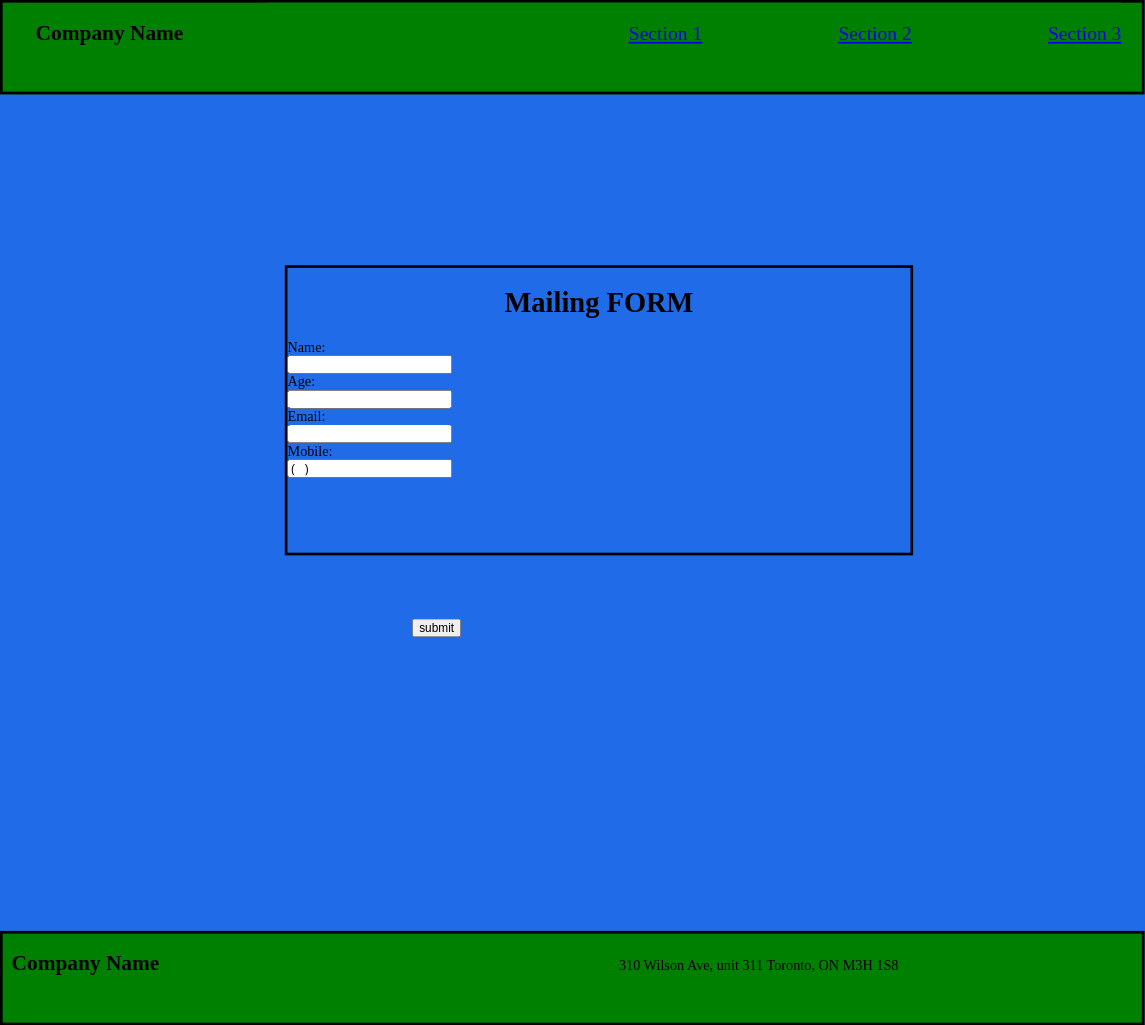
Repository: helloneibor/Project2
Page: section3.html
The author's editor kept a record of every edit. The page is drawn from the files as they stood at one moment, then again after the next edit.
The browser window is 1280 px wide. The page is 1286 px wide, so the pictures cover 1286 px, including what lies to the right of the window. The pictures show the whole page, at 89% of full size.

Above is the page before.

### section3.html
<!DOCTYPE html>
<html lang="en">
<head>
    <meta charset="UTF-8">
    <meta name="viewport" content="width=device-width, initial-scale=1.0">
    <meta http-equiv="X-UA-Compatible" content="ie=edge">
    <link rel="stylesheet"href="css/main.css"type="text/css" />
    <title> Project 2 </title>
</head>
<body>
        <header>
            <h2>Company Name</h2>
            <nav class="header_nav">
                <ul>
                    <li class="li1"><a href="section1.html">Section 1</a></li>
                    <li class="li1"><a href="section2.html">Section 2</a></li>
                    <li class="li1"><a href="section3.html">Section 3</a></li>
                </ul>
            </nav>
        </header>
            <form action="https://github.com/helloneibor/Project2" method="post">
                    <h1> Mailing FORM </h1>
                <label for="Name">Name:</label>
                <input class="form_one" type="text" name="Name"/>
                <label for="Age">Age:</label>
                <input class="form_one" type="text" name="Age"/>
                <label for="Email">Email:</label>
                <input class="form_one" type="text" name="Email"/>
                <label for="Mobile">Mobile:</label>
                <input class="form_one" type="text" name="Mobile" value="(   )"/><br>
                    <input id="submit_one" type="submit" value="submit"/>
                </form>
                     <footer>
            <nav class="footer_nav">
                <h2 id="footer_head"> Company Name </h2>
                <p class="para_footer"> 310 Wilson Ave,
                unit 311
                Toronto, ON M3H 1S8 </p>
            </nav>
        </footer>
    </body>
        </html>

### css/main.css
body {
    background-color: #206ce8;
/*    border-style: solid;
    border-color: black;
    border-width: 5px;*/
    margin: 0px;
    padding: 0px;
}

header {
    height: 100px;
    background-color: green;
    border-bottom-color: black;
    border-style: solid;
    border-color: black;
    width: 100%;
    display: inline-block;
}

.header_nav {
    background-color: green;
    display:inline-block;
    width: 75%;
    text-align: right;
    font-size: 22px;
}

.header_nav .li1 {
    display: inline-block;
    width: 15%;
    text-align: right;
    margin-left: 10%;
}

h2 {
    width:20%;
    display: inline-block;
    margin-left: 37px;
}

#footer_head {
    width:20%;
    display: inline-block;
    margin-left: 10px;
}

footer {
    height: 100px;
    background-color: green;
    border-bottom-color: black;
    border-style: solid;
    border-color: black;
    width: 100%;
    display: inline-block;
    margin-top: 33%;
}

.para_footer {
    display:inline-block;
    text-align: right;
    margin-left: 33%;
    margin-right: 0px;
}

.countainer {
    width: 100%;
    height: 100%;
    margin-top: 25%;
}

.col3 {
    width: 20%;
    height: 20%;
    display: inline-block;
}

div {
    display: inline-block;
    width: 14%;
    height: 200px;
    margin-left: 100px;
    border-color: black;
    border-width: 3px;
    border-style: solid;
}

.img_one {
    height: 140px;
    width: 140px;
    margin:3px;
}

.div_foot {
    color: black;
    font-size: 20px;
}

form {
    height: 320px;
    width: 700px;
    border-color: black;
    border-width: 3px;
    border-style: solid;
    margin-left: 25%;
    margin-top: 15%;
}

.form_one {
    display: block;
}

form h1 {
    text-align: center;
    text-decoration: bold;
}

#submit_one {
    margin: 20%;
}

After the next edit:
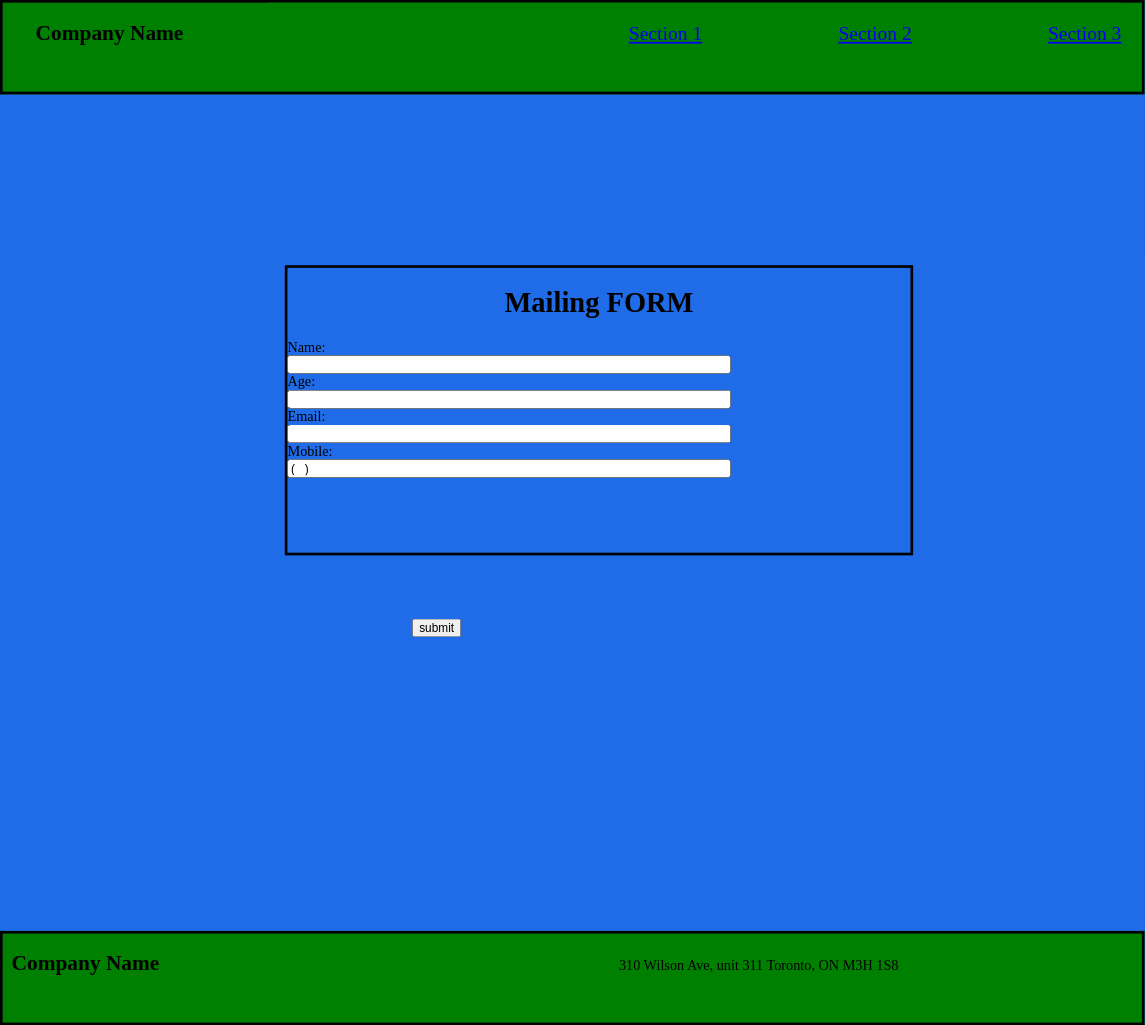
The edit:
--- a/css/main.css
+++ b/css/main.css
@@ -107,6 +107,7 @@
 
 .form_one {
     display: block;
+    width: 70%;
 }
 
 form h1 {
